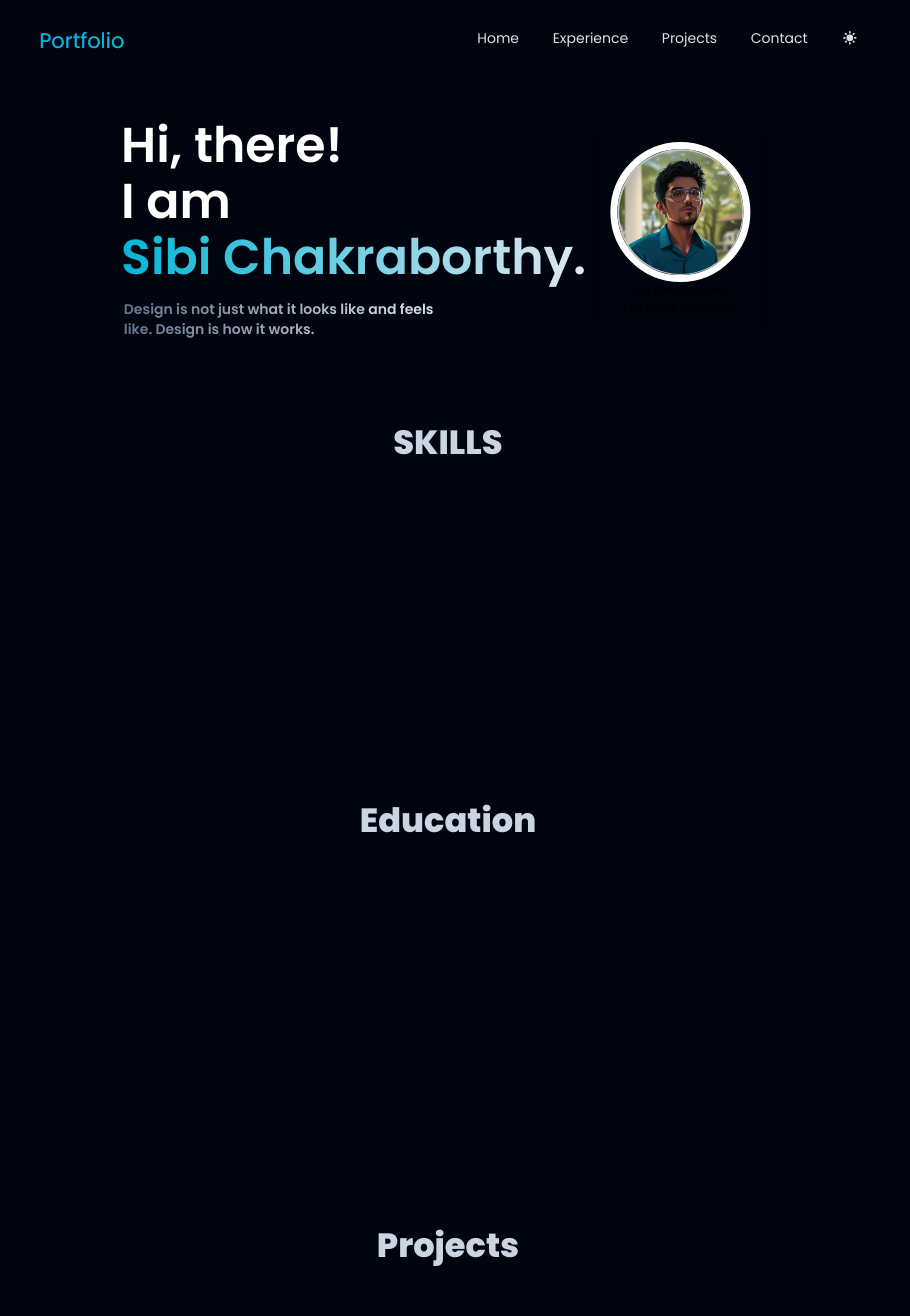
Repository: sibi24sibi/MyPersonalPortfolio
Page: /
These files come from the project's save history. The page is drawn as it stood at one moment and after the next save; the edit follows.
The browser window is 1280 px wide. The page is 1300 px wide, so the pictures cover 1300 px, including what lies to the right of the window. The pictures show the part of the page from y = 0 to 1880 px (the page is 3414 px tall before and 3494 px after), at 70% of full size.
The project was rebuilt for these pictures with package versions that can differ from the ones it lists, and the page was loaded fresh each time. Also part of the build but not shown: vite.config.js, src/components/Menu.jsx, src/components/Footer.jsx.

Above is the page before, as saved 2024-05-03 18:36:26.

After the next save:
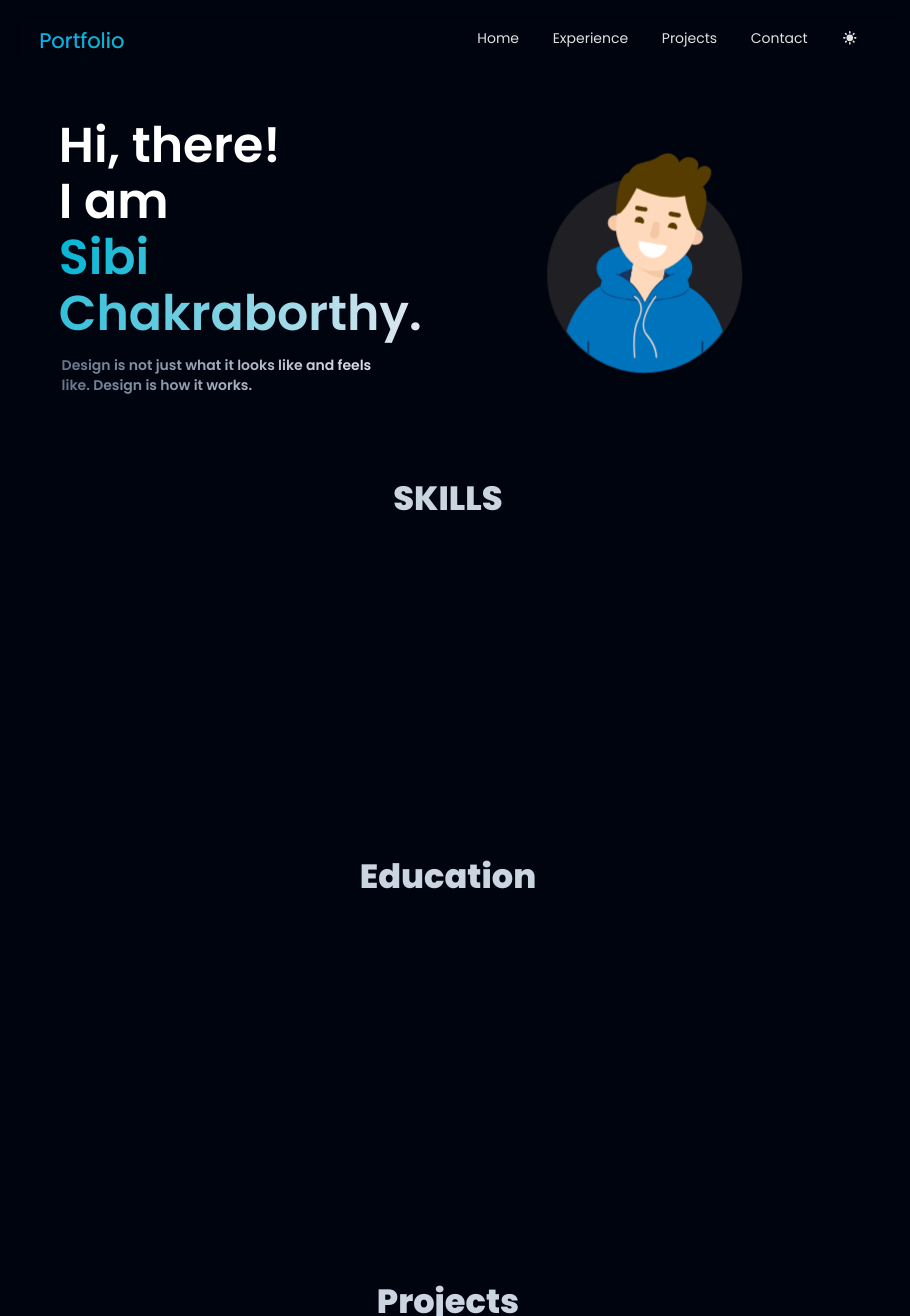
Saved 95 s later.
--- a/src/components/About.jsx
+++ b/src/components/About.jsx
@@ -1,7 +1,5 @@
 import Lottie from "lottie-react";
 import computer from "../assets/lottie/computer.json";
-import Profile from "../assets/Profile.jpg";
-import "./about-style.css";
 
 const About = () => {
   return (
@@ -25,20 +23,12 @@ const About = () => {
             </p>
           </div>
         <div className="div">
-
-
-
-        <div className="team-member">
-            <img src={Profile} alt="Profile"/>
-            <div className="details">
-              <h3>Sibi Chakraborthy</h3>
-              <p>Full Stack Developer</p>
-            </div>
-        </div>
-
-
-
-        </div>
+          <Lottie
+            animationData={computer}
+            loop={true}
+            className="max-w-[650px] "
+          />
+          </div>
         </div>
       </section>
     </>
